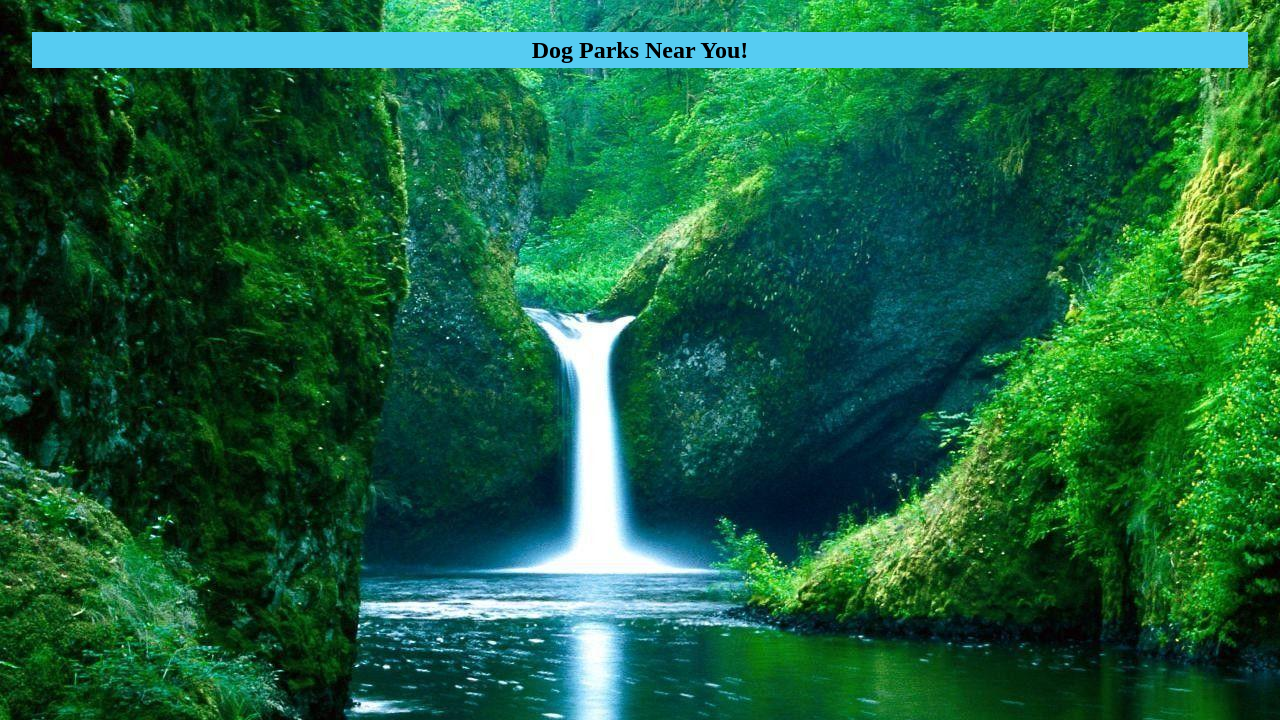
Repository: gee-ell-bee/artdm174lab7
Page: index.html
These files come from the project's save history. The page is drawn as it stood at one moment and after the next save; the edit follows.
The browser window is 1280 px wide. The pictures show the whole page.
Some web libraries are served in a nearby version.

Above is the page before, as saved 2022-05-11 12:08:28.
Console error: SyntaxError: Cannot use import statement outside a module

After the next save:
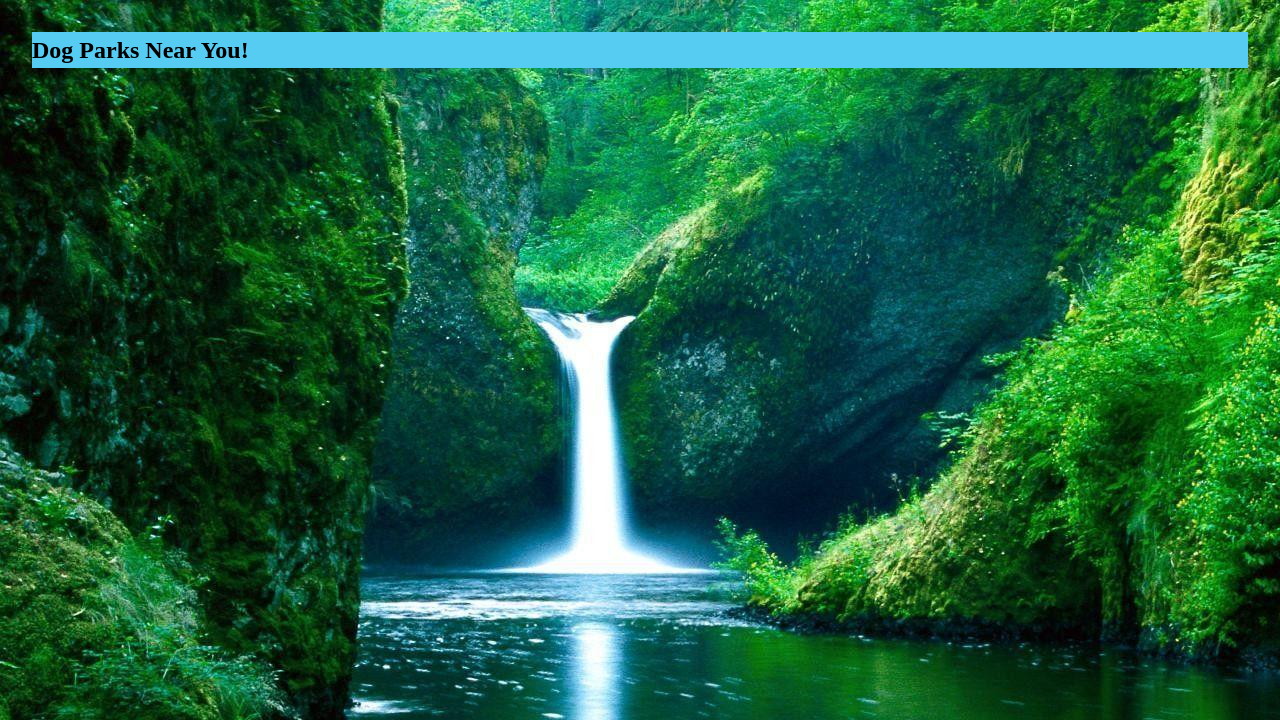
Saved 52 s later.
--- a/main.css
+++ b/main.css
@@ -91,5 +91,6 @@
 
 header{
     background-color: #56CCF2;
-
+    margin: top;
+    display: flex;
 }

After the save that followed:
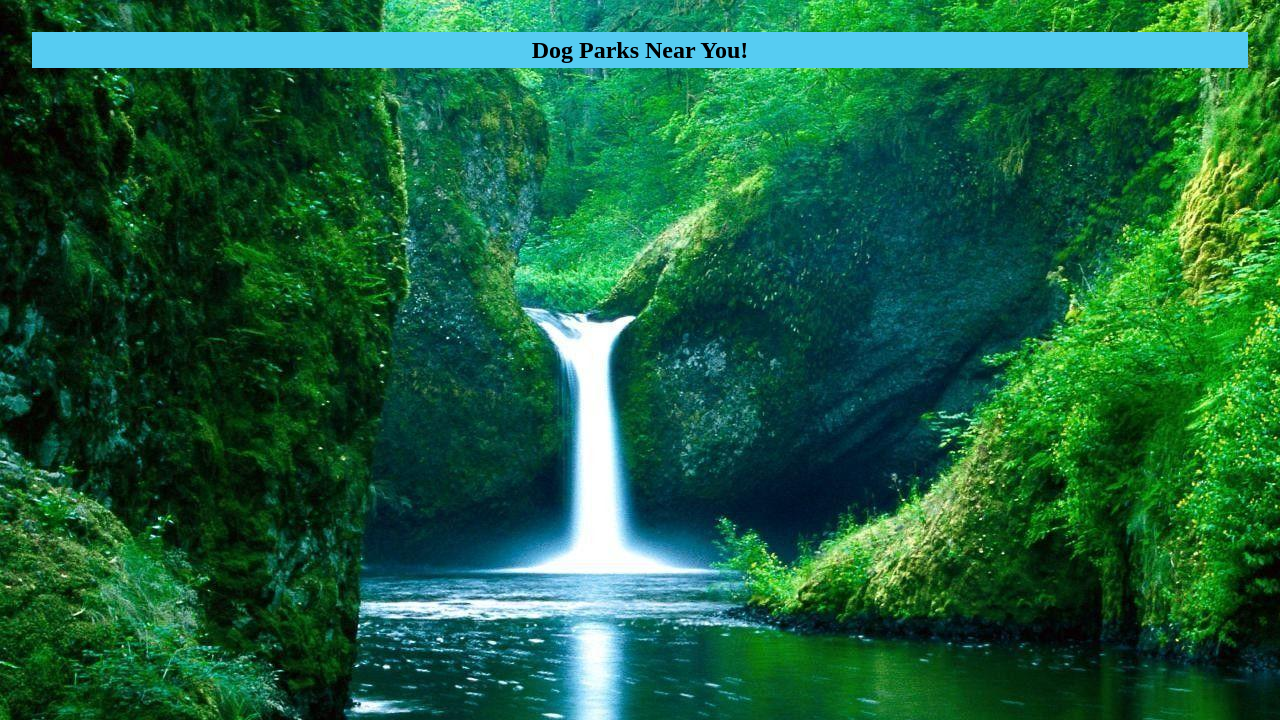
Saved 6 s later.
--- a/main.css
+++ b/main.css
@@ -91,6 +91,6 @@
 
 header{
     background-color: #56CCF2;
-    margin: top;
-    display: flex;
+    padding: 0;
+    margin: 0;
 }
